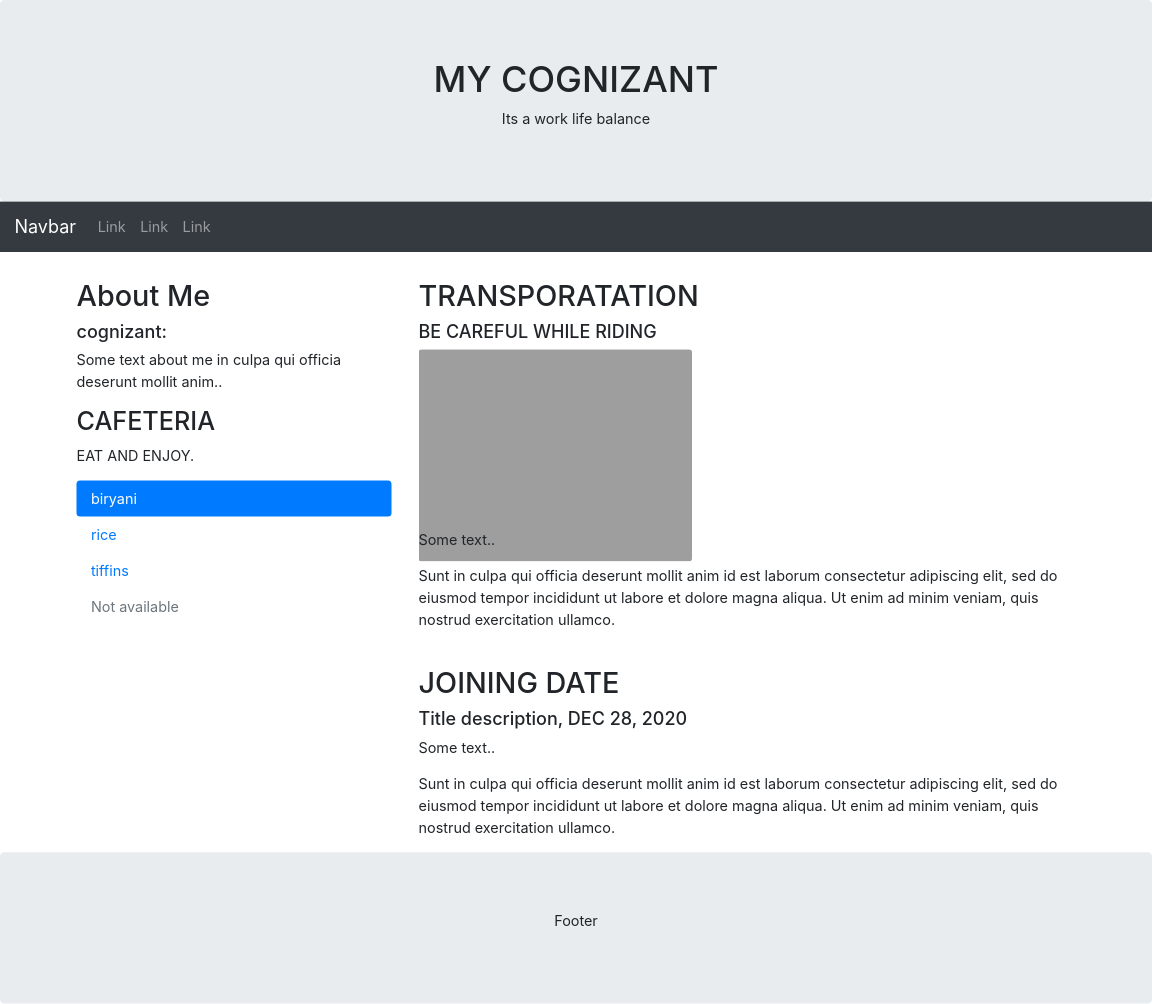
Repository: suvarsha/cognizant-projects
Page: BootStramp1/WebContent/first.html
These files come from the project's save history. The page is drawn as it stood at one moment and after the next save; the edit follows.
The browser window is 1280 px wide. The pictures show the whole page, at 90% of full size.
Pictures or frames that could not be fetched are drawn as grey boxes.

Above is the page before, as saved 2020-01-18 11:50:55.

### BootStramp1/WebContent/first.html
<!DOCTYPE html>
<html lang="en">
<head>
  <title>Bootstrap 4 Website Example</title>
  <meta charset="utf-8">
  <meta name="viewport" content="width=device-width, initial-scale=1">
  <link rel="stylesheet" href="https://maxcdn.bootstrapcdn.com/bootstrap/4.4.1/css/bootstrap.min.css">
  <script src="https://ajax.googleapis.com/ajax/libs/jquery/3.4.1/jquery.min.js"></script>
  <script src="https://cdnjs.cloudflare.com/ajax/libs/popper.js/1.16.0/umd/popper.min.js"></script>
  <script src="https://maxcdn.bootstrapcdn.com/bootstrap/4.4.1/js/bootstrap.min.js"></script>
  <style>
  .fakeimg {
    height: 200px;
    background:white;
  }
  </style>
</head>
<body>

<div class="jumbotron text-center" style="margin-bottom:0">
  <h1>MY COGNIZANT</h1>
  <p>Its a  work life balance</p>
</div>

<nav class="navbar navbar-expand-sm bg-dark navbar-dark">
  <a class="navbar-brand" href="#">Navbar</a>
  <button class="navbar-toggler" type="button" data-toggle="collapse" data-target="#collapsibleNavbar">
    <span class="navbar-toggler-icon"></span>
  </button>
  <div class="collapse navbar-collapse" id="collapsibleNavbar">
    <ul class="navbar-nav">
      <li class="nav-item">
        <a class="nav-link" href="#">Link</a>
      </li>
      <li class="nav-item">
        <a class="nav-link" href="#">Link</a>
      </li>
      <li class="nav-item">
        <a class="nav-link" href="#">Link</a>
      </li>
    </ul>
  </div>
</nav>

<div class="container" style="margin-top:30px">
  <div class="row">
    <div class="col-sm-4">
      <h2>About Me</h2>
      <h5>cognizant:</h5>
      <p>Some text about me in culpa qui officia deserunt mollit anim..</p>
      <h3>CAFETERIA</h3>
      <p>EAT AND ENJOY.</p>
      <ul class="nav nav-pills flex-column">
        <li class="nav-item">
          <a class="nav-link active" href="#">biryani</a>
        </li>
        <li class="nav-item">
          <a class="nav-link" href="#">rice</a>
        </li>
        <li class="nav-item">
          <a class="nav-link" href="#">tiffins</a>
        </li>
        <li class="nav-item">
          <a class="nav-link disabled" href="#">Not available</a>
        </li>
      </ul>
      <hr class="d-sm-none">
    </div>
    <div class="col-sm-8">
      <h2>TRANSPORATATION</h2>
      <h5>BE CAREFUL WHILE RIDING</h5>
      <div class="fakeimg">
      <img src="C:\cognizant\BootStramp1\WebContent\image\download.jpg" class="rounded" alt="Cinque Terre" width="304" height="236"></div>
      <p>Some text..</p>
      <p>Sunt in culpa qui officia deserunt mollit anim id est laborum consectetur adipiscing elit, sed do eiusmod tempor incididunt ut labore et dolore magna aliqua. Ut enim ad minim veniam, quis nostrud exercitation ullamco.</p>
      <br>
      <h2>JOINING DATE</h2>
      <h5>Title description, DEC 28, 2020</h5>
      <p>Some text..</p>
      <p>Sunt in culpa qui officia deserunt mollit anim id est laborum consectetur adipiscing elit, sed do eiusmod tempor incididunt ut labore et dolore magna aliqua. Ut enim ad minim veniam, quis nostrud exercitation ullamco.</p>
    </div>
  </div>
</div>

<div class="jumbotron text-center" style="margin-bottom:0">
  <p>Footer</p>
</div>

</body>
</html>

After the next save:
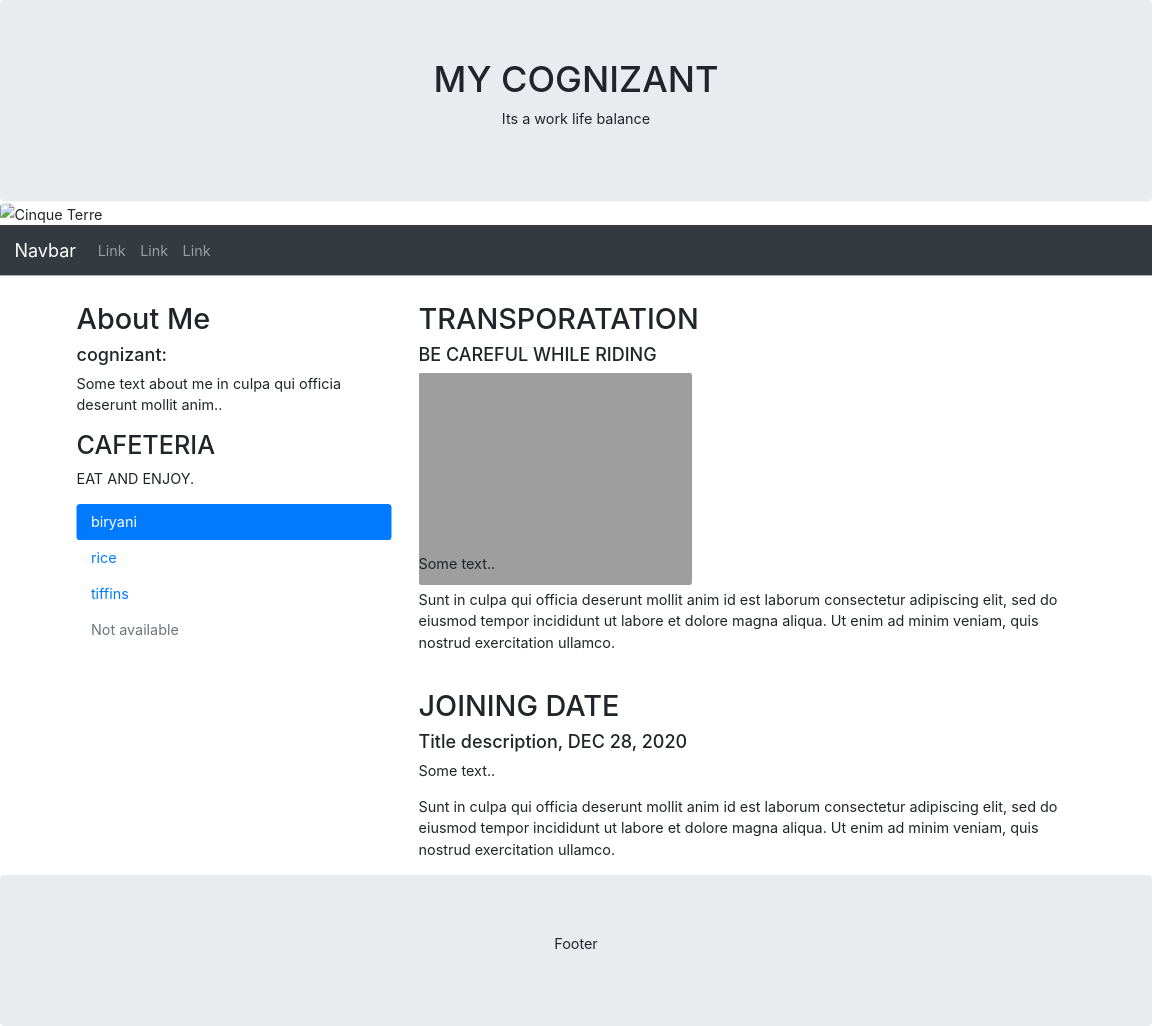
Saved 94 s later.
--- a/BootStramp1/WebContent/first.html
+++ b/BootStramp1/WebContent/first.html
@@ -21,7 +21,7 @@
   <h1>MY COGNIZANT</h1>
   <p>Its a  work life balance</p>
 </div>
-
+<img src=""C:\cognizant\BootStramp1\WebContent\image\download (1).jpg class="rounded" alt="Cinque Terre" width="304" height="100"></div>
 <nav class="navbar navbar-expand-sm bg-dark navbar-dark">
   <a class="navbar-brand" href="#">Navbar</a>
   <button class="navbar-toggler" type="button" data-toggle="collapse" data-target="#collapsibleNavbar">

After the save that followed:
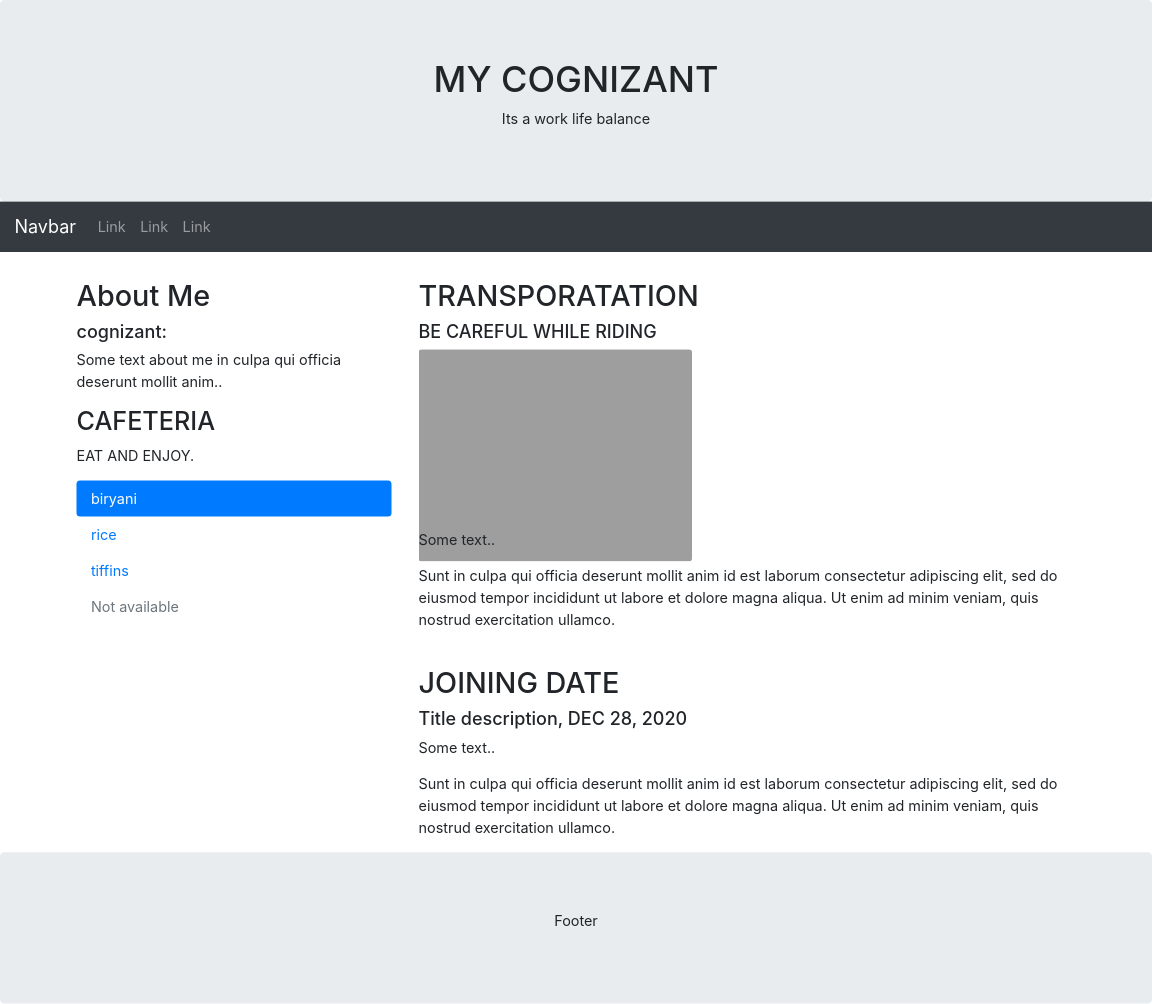
Saved 114 s later.
--- a/BootStramp1/WebContent/first.html
+++ b/BootStramp1/WebContent/first.html
@@ -21,7 +21,7 @@
   <h1>MY COGNIZANT</h1>
   <p>Its a  work life balance</p>
 </div>
-<img src=""C:\cognizant\BootStramp1\WebContent\image\download (1).jpg class="rounded" alt="Cinque Terre" width="304" height="100"></div>
+
 <nav class="navbar navbar-expand-sm bg-dark navbar-dark">
   <a class="navbar-brand" href="#">Navbar</a>
   <button class="navbar-toggler" type="button" data-toggle="collapse" data-target="#collapsibleNavbar">
@@ -76,6 +76,7 @@
       <br>
       <h2>JOINING DATE</h2>
       <h5>Title description, DEC 28, 2020</h5>
+
       <p>Some text..</p>
       <p>Sunt in culpa qui officia deserunt mollit anim id est laborum consectetur adipiscing elit, sed do eiusmod tempor incididunt ut labore et dolore magna aliqua. Ut enim ad minim veniam, quis nostrud exercitation ullamco.</p>
     </div>
